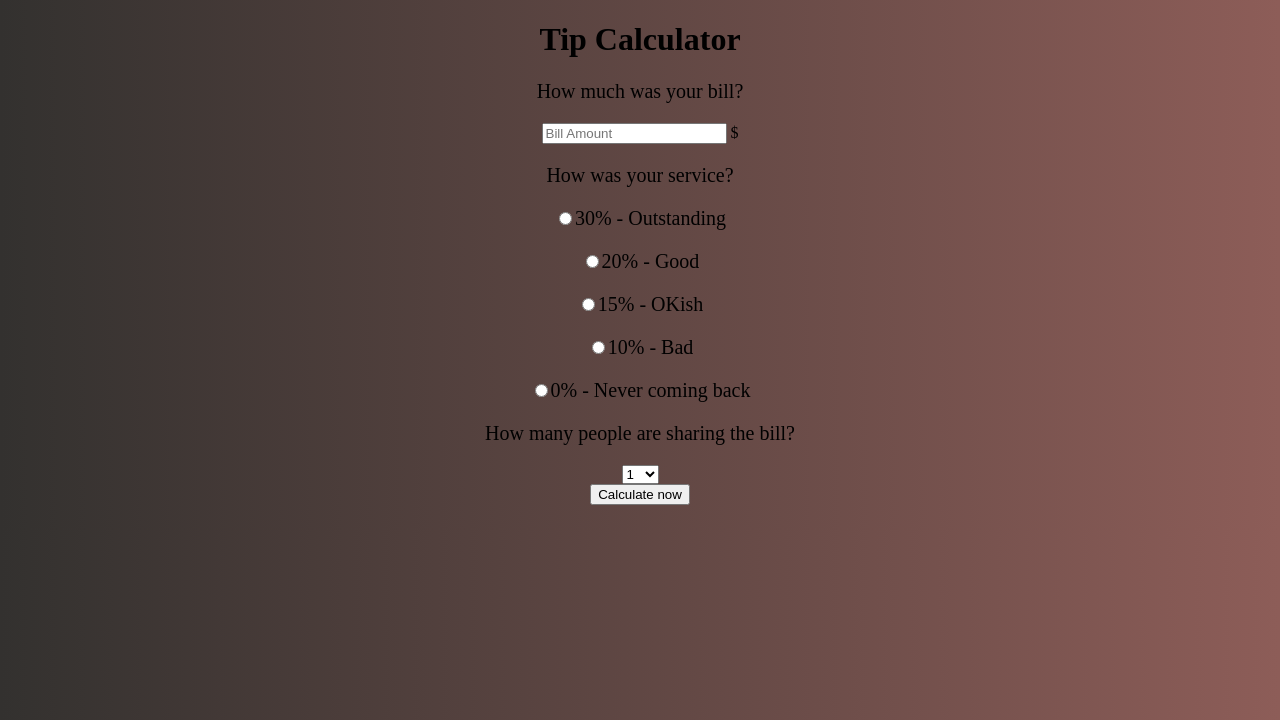
Repository: NiutaR/tip-calculator
Page: index.html
An editor plug-in stored every save of this project. The page is shown before and after the next save, followed by the edit.
The browser window is 1280 px wide. The pictures show the whole page.

Above is the page before, as saved 2021-07-24 17:10:48.

After the next save:
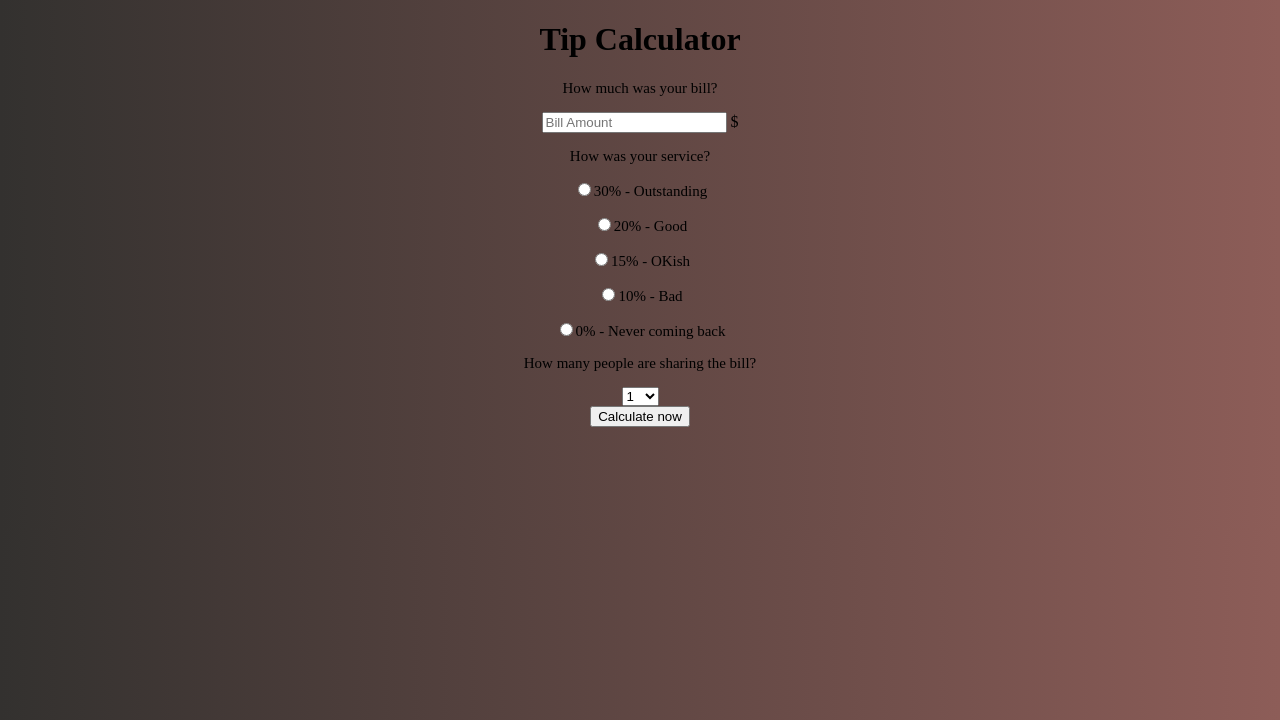
Saved 7 s later.
--- a/style.css
+++ b/style.css
@@ -11,5 +11,5 @@
     margin: 0 auto;
 }
 p {
-    font-size: 20px;
+    font-size: 15px;
 }

After the save that followed:
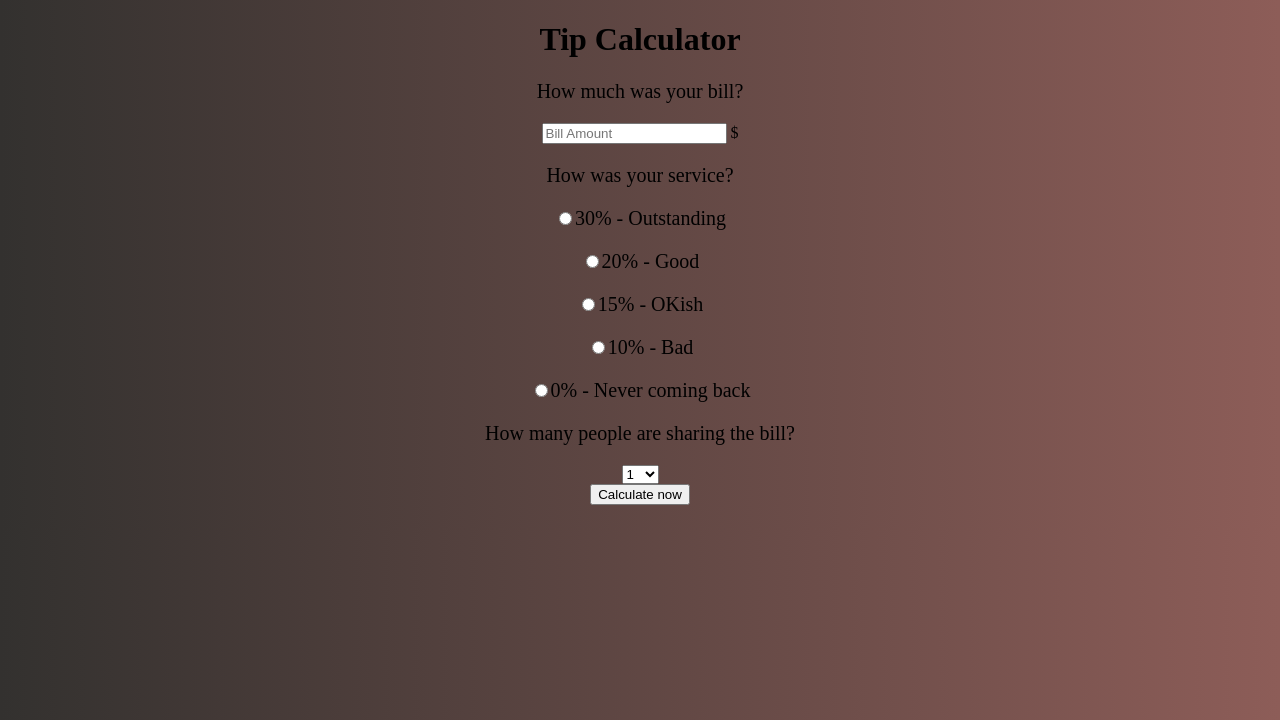
Saved 8 s later.
--- a/style.css
+++ b/style.css
@@ -11,5 +11,5 @@
     margin: 0 auto;
 }
 p {
-    font-size: 15px;
+    font-size: 20px;
 }
